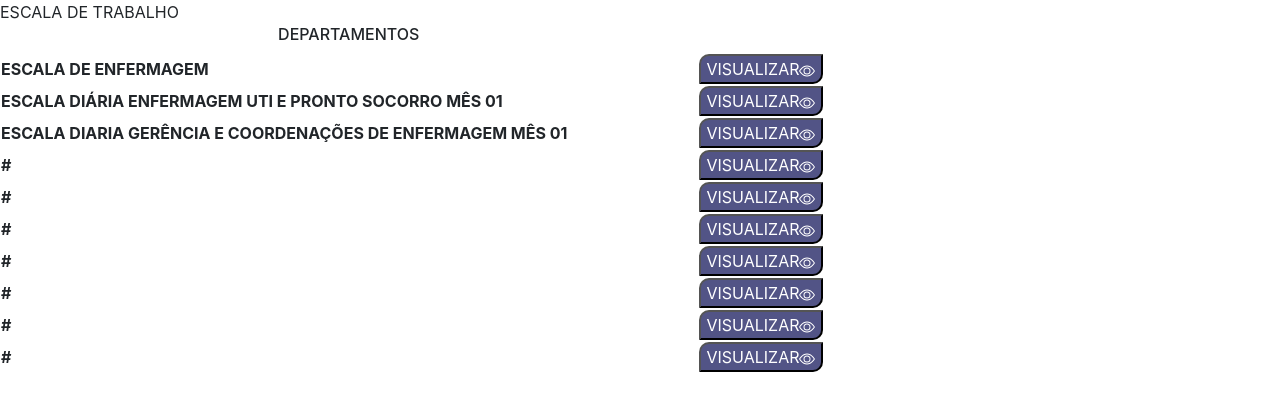
Repository: Leandromarim/INTRANET_PARTICULAR
Page: escala_trabalho.html
The author's editor kept a copy of each file at every save. The page is drawn from the files as they stood at one save, then again after the next save.
The browser window is 1280 px wide. The pictures show the whole page.

Above is the page before, as saved 2021-12-30 09:56:32.
Not found: ajax.js

### escala_trabalho.html
<!DOCTYPE html>
<html lang="pt-br">

<head>
    <meta charset="UTF-8" />
    <meta http-equiv="X-UA-Compatible" content="IE=edge" />
    <meta name="viewport" content="width=device-width, initial-scale=1.0" />
    <link rel="stylesheet" href="./assets/css/bootstrap-grid.css" />
    <link rel="stylesheet" href="./assets/css/bootstrap-grid.min.css" />
    <link rel="stylesheet" href="./assets/css/bootstrap.css" />
    <link rel="stylesheet" href="./assets/css/bootstrap.css" />
    <link rel="stylesheet" href="./assets/css/tables.css" />
    <link rel="stylesheet" href="./assets/css/body.css" />
    <link rel="stylesheet" href="https://stackpath.bootstrapcdn.com/bootstrap/4.1.3/css/bootstrap.min.css" integrity="sha384-MCw98/SFnGE8fJT3GXwEOngsV7Zt27NXFoaoApmYm81iuXoPkFOJwJ8ERdknLPMO" crossorigin="anonymous" />
    <link rel="icon" href="./image/ico/ico_ha.ico" />
    <title>Intranet 2.0</title>
</head>

<body>
    <header id="mainheader"></header>
    <main>
        <section class="container-titulo-tabela">
            <span class="titulo-docs">ESCALA DE TRABALHO</span>
        </section>
        <div class="table-centralizado">
            <table class="col-sm-6 col-lg-8">
                <thead>
                    <th class="titulo-setor" colspan="2">
                        <h6>DEPARTAMENTOS</h6>
                    </th>
                </thead>
                <tbody class="col-sm-6 col-lg-8">
                    <tr>
                        <th class="titulo">ESCALA DE ENFERMAGEM</th>
                        <td><a href="./doc/card/escala_trabalho/ESCALA_DE_ENFERMAGEM.pdf"><button type="button" class="btn-visualizar">VISUALIZAR<svg xmlns="http://www.w3.org/2000/svg" width="16" height="16" fill="currentColor" class="bi bi-eye" viewBox="0 0 16 16">
                    <path d="M16 8s-3-5.5-8-5.5S0 8 0 8s3 5.5 8 5.5S16 8 16 8zM1.173 8a13.133 13.133 0 0 1 1.66-2.043C4.12 4.668 5.88 3.5 8 3.5c2.12 0 3.879 1.168 5.168 2.457A13.133 13.133 0 0 1 14.828 8c-.058.087-.122.183-.195.288-.335.48-.83 1.12-1.465 1.755C11.879 11.332 10.119 12.5 8 12.5c-2.12 0-3.879-1.168-5.168-2.457A13.134 13.134 0 0 1 1.172 8z"/>
                    <path d="M8 5.5a2.5 2.5 0 1 0 0 5 2.5 2.5 0 0 0 0-5zM4.5 8a3.5 3.5 0 1 1 7 0 3.5 3.5 0 0 1-7 0z"/>
                  </svg></button></a></td>
                    </tr>
                    <tr>
                        <th class="titulo">ESCALA DIÁRIA ENFERMAGEM UTI E PRONTO SOCORRO MÊS 01</th>
                        <td><a href="./doc/setores/.pdf"><button type="button" class="btn-visualizar">VISUALIZAR<svg xmlns="http://www.w3.org/2000/svg" width="16" height="16" fill="currentColor" class="bi bi-eye" viewBox="0 0 16 16">
                    <path d="M16 8s-3-5.5-8-5.5S0 8 0 8s3 5.5 8 5.5S16 8 16 8zM1.173 8a13.133 13.133 0 0 1 1.66-2.043C4.12 4.668 5.88 3.5 8 3.5c2.12 0 3.879 1.168 5.168 2.457A13.133 13.133 0 0 1 14.828 8c-.058.087-.122.183-.195.288-.335.48-.83 1.12-1.465 1.755C11.879 11.332 10.119 12.5 8 12.5c-2.12 0-3.879-1.168-5.168-2.457A13.134 13.134 0 0 1 1.172 8z"/>
                    <path d="M8 5.5a2.5 2.5 0 1 0 0 5 2.5 2.5 0 0 0 0-5zM4.5 8a3.5 3.5 0 1 1 7 0 3.5 3.5 0 0 1-7 0z"/>
                  </svg></button></a></td>
                    </tr>
                    <tr>
                        <th class="titulo">ESCALA DIARIA GERÊNCIA E COORDENAÇÕES DE ENFERMAGEM MÊS 01</th>
                        <td><a href="./doc/setores/.pdf"><button type="button" class="btn-visualizar">VISUALIZAR<svg xmlns="http://www.w3.org/2000/svg" width="16" height="16" fill="currentColor" class="bi bi-eye" viewBox="0 0 16 16">
                    <path d="M16 8s-3-5.5-8-5.5S0 8 0 8s3 5.5 8 5.5S16 8 16 8zM1.173 8a13.133 13.133 0 0 1 1.66-2.043C4.12 4.668 5.88 3.5 8 3.5c2.12 0 3.879 1.168 5.168 2.457A13.133 13.133 0 0 1 14.828 8c-.058.087-.122.183-.195.288-.335.48-.83 1.12-1.465 1.755C11.879 11.332 10.119 12.5 8 12.5c-2.12 0-3.879-1.168-5.168-2.457A13.134 13.134 0 0 1 1.172 8z"/>
                    <path d="M8 5.5a2.5 2.5 0 1 0 0 5 2.5 2.5 0 0 0 0-5zM4.5 8a3.5 3.5 0 1 1 7 0 3.5 3.5 0 0 1-7 0z"/>
                  </svg></button></a></td>
                    </tr>
                    <tr>
                        <th class="titulo">#</th>
                        <td><a href="./doc/setores/.pdf"><button type="button" class="btn-visualizar">VISUALIZAR<svg xmlns="http://www.w3.org/2000/svg" width="16" height="16" fill="currentColor" class="bi bi-eye" viewBox="0 0 16 16">
                    <path d="M16 8s-3-5.5-8-5.5S0 8 0 8s3 5.5 8 5.5S16 8 16 8zM1.173 8a13.133 13.133 0 0 1 1.66-2.043C4.12 4.668 5.88 3.5 8 3.5c2.12 0 3.879 1.168 5.168 2.457A13.133 13.133 0 0 1 14.828 8c-.058.087-.122.183-.195.288-.335.48-.83 1.12-1.465 1.755C11.879 11.332 10.119 12.5 8 12.5c-2.12 0-3.879-1.168-5.168-2.457A13.134 13.134 0 0 1 1.172 8z"/>
                    <path d="M8 5.5a2.5 2.5 0 1 0 0 5 2.5 2.5 0 0 0 0-5zM4.5 8a3.5 3.5 0 1 1 7 0 3.5 3.5 0 0 1-7 0z"/>
                  </svg></button></a></td>
                    </tr>
                    <tr>
                        <th class="titulo">#</th>
                        <td><a href="./doc/setores/.pdf"><button type="button" class="btn-visualizar">VISUALIZAR<svg xmlns="http://www.w3.org/2000/svg" width="16" height="16" fill="currentColor" class="bi bi-eye" viewBox="0 0 16 16">
                    <path d="M16 8s-3-5.5-8-5.5S0 8 0 8s3 5.5 8 5.5S16 8 16 8zM1.173 8a13.133 13.133 0 0 1 1.66-2.043C4.12 4.668 5.88 3.5 8 3.5c2.12 0 3.879 1.168 5.168 2.457A13.133 13.133 0 0 1 14.828 8c-.058.087-.122.183-.195.288-.335.48-.83 1.12-1.465 1.755C11.879 11.332 10.119 12.5 8 12.5c-2.12 0-3.879-1.168-5.168-2.457A13.134 13.134 0 0 1 1.172 8z"/>
                    <path d="M8 5.5a2.5 2.5 0 1 0 0 5 2.5 2.5 0 0 0 0-5zM4.5 8a3.5 3.5 0 1 1 7 0 3.5 3.5 0 0 1-7 0z"/>
                  </svg></button></a></td>
                    </tr>
                    <tr>
                        <th class="titulo">#</th>
                        <td><a href="./doc/setores/.pdf"><button type="button" class="btn-visualizar">VISUALIZAR<svg xmlns="http://www.w3.org/2000/svg" width="16" height="16" fill="currentColor" class="bi bi-eye" viewBox="0 0 16 16">
                    <path d="M16 8s-3-5.5-8-5.5S0 8 0 8s3 5.5 8 5.5S16 8 16 8zM1.173 8a13.133 13.133 0 0 1 1.66-2.043C4.12 4.668 5.88 3.5 8 3.5c2.12 0 3.879 1.168 5.168 2.457A13.133 13.133 0 0 1 14.828 8c-.058.087-.122.183-.195.288-.335.48-.83 1.12-1.465 1.755C11.879 11.332 10.119 12.5 8 12.5c-2.12 0-3.879-1.168-5.168-2.457A13.134 13.134 0 0 1 1.172 8z"/>
                    <path d="M8 5.5a2.5 2.5 0 1 0 0 5 2.5 2.5 0 0 0 0-5zM4.5 8a3.5 3.5 0 1 1 7 0 3.5 3.5 0 0 1-7 0z"/>
                  </svg></button></a></td>
                    </tr>
                    <tr>
                        <th class="titulo">#</th>
                        <td><a href="./doc/setores/.pdf"><button type="button" class="btn-visualizar">VISUALIZAR<svg xmlns="http://www.w3.org/2000/svg" width="16" height="16" fill="currentColor" class="bi bi-eye" viewBox="0 0 16 16">
                    <path d="M16 8s-3-5.5-8-5.5S0 8 0 8s3 5.5 8 5.5S16 8 16 8zM1.173 8a13.133 13.133 0 0 1 1.66-2.043C4.12 4.668 5.88 3.5 8 3.5c2.12 0 3.879 1.168 5.168 2.457A13.133 13.133 0 0 1 14.828 8c-.058.087-.122.183-.195.288-.335.48-.83 1.12-1.465 1.755C11.879 11.332 10.119 12.5 8 12.5c-2.12 0-3.879-1.168-5.168-2.457A13.134 13.134 0 0 1 1.172 8z"/>
                    <path d="M8 5.5a2.5 2.5 0 1 0 0 5 2.5 2.5 0 0 0 0-5zM4.5 8a3.5 3.5 0 1 1 7 0 3.5 3.5 0 0 1-7 0z"/>
                  </svg></button></a></td>
                    </tr>
                    <tr>
                        <th class="titulo">#</th>
                        <td><a href="./doc/setores/.pdf"><button type="button" class="btn-visualizar">VISUALIZAR<svg xmlns="http://www.w3.org/2000/svg" width="16" height="16" fill="currentColor" class="bi bi-eye" viewBox="0 0 16 16">
                    <path d="M16 8s-3-5.5-8-5.5S0 8 0 8s3 5.5 8 5.5S16 8 16 8zM1.173 8a13.133 13.133 0 0 1 1.66-2.043C4.12 4.668 5.88 3.5 8 3.5c2.12 0 3.879 1.168 5.168 2.457A13.133 13.133 0 0 1 14.828 8c-.058.087-.122.183-.195.288-.335.48-.83 1.12-1.465 1.755C11.879 11.332 10.119 12.5 8 12.5c-2.12 0-3.879-1.168-5.168-2.457A13.134 13.134 0 0 1 1.172 8z"/>
                    <path d="M8 5.5a2.5 2.5 0 1 0 0 5 2.5 2.5 0 0 0 0-5zM4.5 8a3.5 3.5 0 1 1 7 0 3.5 3.5 0 0 1-7 0z"/>
                  </svg></button></a></td>
                    </tr>
                    <tr>
                        <th class="titulo">#</th>
                        <td><a href="./doc/setores/.pdf"><button type="button" class="btn-visualizar">VISUALIZAR<svg xmlns="http://www.w3.org/2000/svg" width="16" height="16" fill="currentColor" class="bi bi-eye" viewBox="0 0 16 16">
                    <path d="M16 8s-3-5.5-8-5.5S0 8 0 8s3 5.5 8 5.5S16 8 16 8zM1.173 8a13.133 13.133 0 0 1 1.66-2.043C4.12 4.668 5.88 3.5 8 3.5c2.12 0 3.879 1.168 5.168 2.457A13.133 13.133 0 0 1 14.828 8c-.058.087-.122.183-.195.288-.335.48-.83 1.12-1.465 1.755C11.879 11.332 10.119 12.5 8 12.5c-2.12 0-3.879-1.168-5.168-2.457A13.134 13.134 0 0 1 1.172 8z"/>
                    <path d="M8 5.5a2.5 2.5 0 1 0 0 5 2.5 2.5 0 0 0 0-5zM4.5 8a3.5 3.5 0 1 1 7 0 3.5 3.5 0 0 1-7 0z"/>
                  </svg></button></a></td>
                    </tr>
                    <tr>
                        <th class="titulo">#</th>
                        <td><a href="./doc/setores/.pdf"><button type="button" class="btn-visualizar">VISUALIZAR<svg xmlns="http://www.w3.org/2000/svg" width="16" height="16" fill="currentColor" class="bi bi-eye" viewBox="0 0 16 16">
                    <path d="M16 8s-3-5.5-8-5.5S0 8 0 8s3 5.5 8 5.5S16 8 16 8zM1.173 8a13.133 13.133 0 0 1 1.66-2.043C4.12 4.668 5.88 3.5 8 3.5c2.12 0 3.879 1.168 5.168 2.457A13.133 13.133 0 0 1 14.828 8c-.058.087-.122.183-.195.288-.335.48-.83 1.12-1.465 1.755C11.879 11.332 10.119 12.5 8 12.5c-2.12 0-3.879-1.168-5.168-2.457A13.134 13.134 0 0 1 1.172 8z"/>
                    <path d="M8 5.5a2.5 2.5 0 1 0 0 5 2.5 2.5 0 0 0 0-5zM4.5 8a3.5 3.5 0 1 1 7 0 3.5 3.5 0 0 1-7 0z"/>
                  </svg></button></a></td>
                    </tr>
                </tbody>
            </table>
        </div>
    </main>
    <footer id="mainfooter"></footer>
</body>
<script src="assets/js/bootstrap.js"></script>
<script src="ajax.js"></script>

</html>

### assets/css/tables.css
section.table-centralizado, thead{
    position: relative;
    display: flex;
    align-items: center;
    align-content: center;
    justify-content: center;
    justify-items: center;
}

.tabela {
    position: relative;
    display: flex;
    align-items: center;
    align-content: center;
    justify-items: center;
    justify-content: center;
}

thead h2.titulo-tabela {
    position: relative;
    display: flex;
    justify-content: center;
    justify-items: center;
    align-items: center;
    align-content: center;
}


main table.table {
    background-color: #fff;
}

th.celula,
td.coluna {
    color: #525486;
    text-transform: uppercase;
}

th {
    border-radius: 20px;
}

td .btn-visualizar {
    background-color: #525486;
    color: #fff;
    border-radius: 10px 0 10px 0;
}

td .btn-visualizar:hover {
    background-color: #fff;
    color: #525486;
}

### assets/css/body.css
.container-card {
    display: flex;
    position: relative;
    align-items: center;
    align-content: center;
    justify-content: center;
    justify-items: center;
}

.container-card img {
    border-radius: 20px 0 20px 0;
}

div.card {
    position: relative;
    display: flex;
    width: 20rem;
    margin: 5px;
    padding: 1px;
    background-color: #525486;
    border-radius: 20px 0 20px 0;
    top: 10px;
}

#card-text {
    display: flex;
    position: relative;
    color: white;
    align-content: center;
    align-items: center;
    justify-content: center;
    justify-items: center;
}

.titulo-docs h2 {
    position: relative;
    display: flex;
    justify-content: center;
    color: #525486;
}

Loaded but not shown: assets/css/bootstrap-grid.css (library); assets/css/bootstrap-grid.min.css (library); assets/css/bootstrap.css (library); assets/js/bootstrap.js (library)

After the next save:
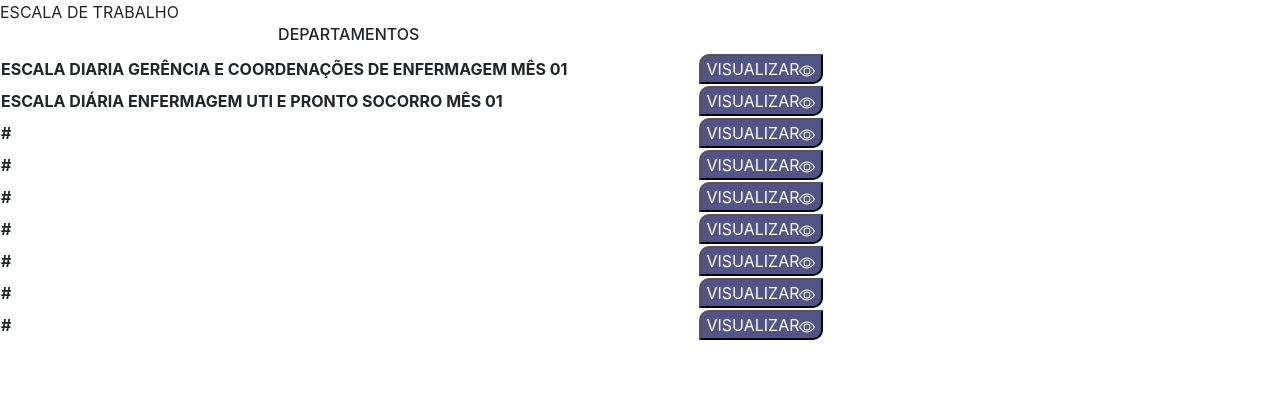
Saved 3 min 39 s later.
--- a/escala_trabalho.html
+++ b/escala_trabalho.html
@@ -31,22 +31,15 @@
                 </thead>
                 <tbody class="col-sm-6 col-lg-8">
                     <tr>
-                        <th class="titulo">ESCALA DE ENFERMAGEM</th>
-                        <td><a href="./doc/card/escala_trabalho/ESCALA_DE_ENFERMAGEM.pdf"><button type="button" class="btn-visualizar">VISUALIZAR<svg xmlns="http://www.w3.org/2000/svg" width="16" height="16" fill="currentColor" class="bi bi-eye" viewBox="0 0 16 16">
+                      <tr>
+                        <th class="titulo">ESCALA DIARIA GERÊNCIA E COORDENAÇÕES DE ENFERMAGEM MÊS 01</th>
+                        <td><a href="./doc/"><button type="button" class="btn-visualizar">VISUALIZAR<svg xmlns="http://www.w3.org/2000/svg" width="16" height="16" fill="currentColor" class="bi bi-eye" viewBox="0 0 16 16">
                     <path d="M16 8s-3-5.5-8-5.5S0 8 0 8s3 5.5 8 5.5S16 8 16 8zM1.173 8a13.133 13.133 0 0 1 1.66-2.043C4.12 4.668 5.88 3.5 8 3.5c2.12 0 3.879 1.168 5.168 2.457A13.133 13.133 0 0 1 14.828 8c-.058.087-.122.183-.195.288-.335.48-.83 1.12-1.465 1.755C11.879 11.332 10.119 12.5 8 12.5c-2.12 0-3.879-1.168-5.168-2.457A13.134 13.134 0 0 1 1.172 8z"/>
                     <path d="M8 5.5a2.5 2.5 0 1 0 0 5 2.5 2.5 0 0 0 0-5zM4.5 8a3.5 3.5 0 1 1 7 0 3.5 3.5 0 0 1-7 0z"/>
                   </svg></button></a></td>
                     </tr>
-                    <tr>
                         <th class="titulo">ESCALA DIÁRIA ENFERMAGEM UTI E PRONTO SOCORRO MÊS 01</th>
-                        <td><a href="./doc/setores/.pdf"><button type="button" class="btn-visualizar">VISUALIZAR<svg xmlns="http://www.w3.org/2000/svg" width="16" height="16" fill="currentColor" class="bi bi-eye" viewBox="0 0 16 16">
-                    <path d="M16 8s-3-5.5-8-5.5S0 8 0 8s3 5.5 8 5.5S16 8 16 8zM1.173 8a13.133 13.133 0 0 1 1.66-2.043C4.12 4.668 5.88 3.5 8 3.5c2.12 0 3.879 1.168 5.168 2.457A13.133 13.133 0 0 1 14.828 8c-.058.087-.122.183-.195.288-.335.48-.83 1.12-1.465 1.755C11.879 11.332 10.119 12.5 8 12.5c-2.12 0-3.879-1.168-5.168-2.457A13.134 13.134 0 0 1 1.172 8z"/>
-                    <path d="M8 5.5a2.5 2.5 0 1 0 0 5 2.5 2.5 0 0 0 0-5zM4.5 8a3.5 3.5 0 1 1 7 0 3.5 3.5 0 0 1-7 0z"/>
-                  </svg></button></a></td>
-                    </tr>
-                    <tr>
-                        <th class="titulo">ESCALA DIARIA GERÊNCIA E COORDENAÇÕES DE ENFERMAGEM MÊS 01</th>
-                        <td><a href="./doc/setores/.pdf"><button type="button" class="btn-visualizar">VISUALIZAR<svg xmlns="http://www.w3.org/2000/svg" width="16" height="16" fill="currentColor" class="bi bi-eye" viewBox="0 0 16 16">
+                        <td><a href="./doc/card/escala_trabalho/ESCALA-DIARIA-GERÊNCIA-E -COORDENAÇÕES-DE-ENFERMAGEM-MÊS 01.pdf"><button type="button" class="btn-visualizar">VISUALIZAR<svg xmlns="http://www.w3.org/2000/svg" width="16" height="16" fill="currentColor" class="bi bi-eye" viewBox="0 0 16 16">
                     <path d="M16 8s-3-5.5-8-5.5S0 8 0 8s3 5.5 8 5.5S16 8 16 8zM1.173 8a13.133 13.133 0 0 1 1.66-2.043C4.12 4.668 5.88 3.5 8 3.5c2.12 0 3.879 1.168 5.168 2.457A13.133 13.133 0 0 1 14.828 8c-.058.087-.122.183-.195.288-.335.48-.83 1.12-1.465 1.755C11.879 11.332 10.119 12.5 8 12.5c-2.12 0-3.879-1.168-5.168-2.457A13.134 13.134 0 0 1 1.172 8z"/>
                     <path d="M8 5.5a2.5 2.5 0 1 0 0 5 2.5 2.5 0 0 0 0-5zM4.5 8a3.5 3.5 0 1 1 7 0 3.5 3.5 0 0 1-7 0z"/>
                   </svg></button></a></td>
